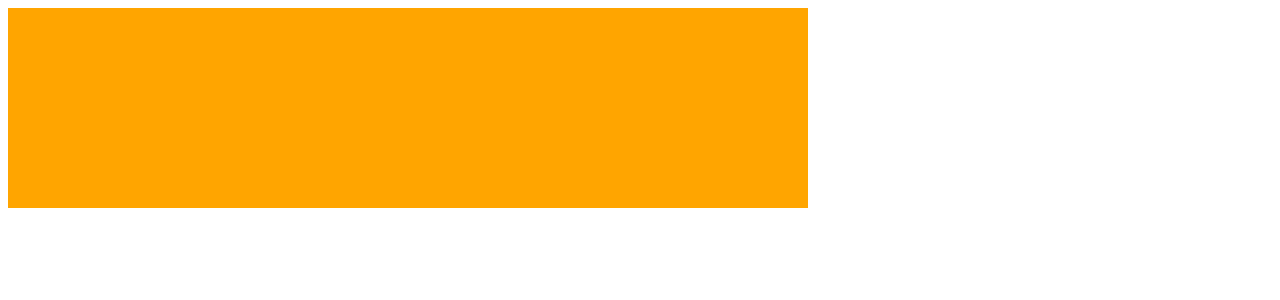
Repository: pettinelli1202/Diablo-MemoryGame
Page: pages/game.html
These files come from the project's save history. The page is drawn as it stood at one moment and after the next save; the edit follows.
The browser window is 1280 px wide. The pictures show the whole page.

Above is the page before, as saved 2023-02-21 17:36:17.
Console error: TypeError: Cannot read properties of null (reading 'addEventListener')

### pages/game.html
<!DOCTYPE html>
<html lang="en">

<head>
    <meta charset="UTF-8">
    <meta http-equiv="X-UA-Compatible" content="IE=edge">
    <meta name="viewport" content="width=device-width, initial-scale=1.0">
    <title>D2 - Memory Game</title>

    <link rel="stylesheet" href="/css/game.css">

    <script defer src="/js/login.js"></script>

</head>

<body>
    <div class="grid">

        <div class="card">

        </div>
    </div>
</body>

</html>

### css/game.css
.grid {
    display: grid;
    grid-template-columns: repeat();
    max-width: 800px;
    gap: 15px;
}

.card {
    width: 100%;
    height: 200px;
    background-color: orange;
}

### js/login.js
const input = document.querySelector('.login_input');
const button = document.querySelector('.login_button');
const form = document.querySelector('.login-form');

const validacaoInput = ({ target }) => {
    if (target.value.length > 2) {
        button.removeAttribute('disabled');
    } else {
        button.setAttribute('disabled', '')
    }
}

const manipularEnvio = (event) => {
    event.preventDefault();

    localStorage.setItem('player', input.value);
    window.location = 'pages/game.html';
}

input.addEventListener('input', validacaoInput);
form.addEventListener('submit', manipularEnvio);

After the next save:
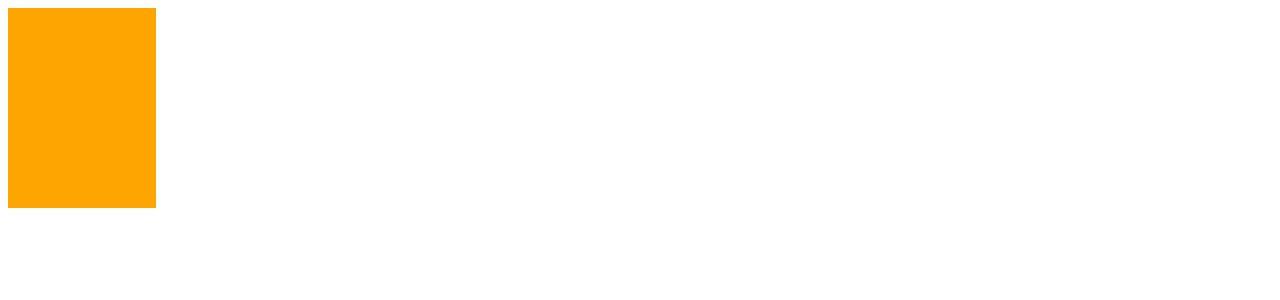
Saved 4 s later.
--- a/css/game.css
+++ b/css/game.css
@@ -1,6 +1,6 @@
 .grid {
     display: grid;
-    grid-template-columns: repeat();
+    grid-template-columns: repeat(5, 1fr);
     max-width: 800px;
     gap: 15px;
 }
